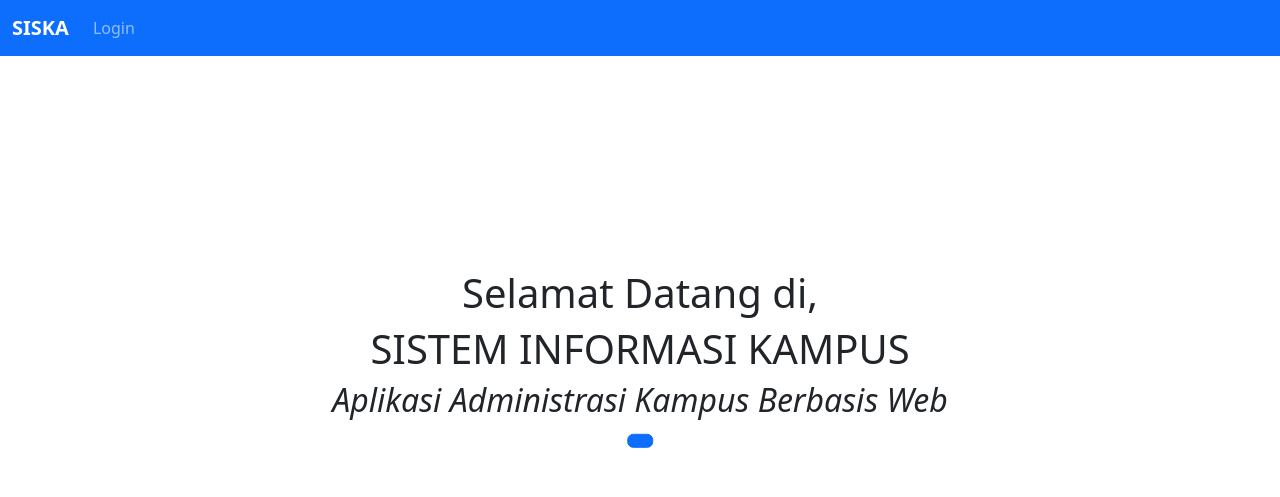
Repository: WiraAtma/administrasi-kampus
Page: http://localhost/
The author's editor kept a copy of each file at every save. The page is drawn from the files as they stood at one save, then again after the next save.
The browser window is 1280 px wide. The pictures show the whole page.
The page is served by the project's Laravel application, run on PHP 8.4 with Laravel 12.

Above is the page before, as saved 2024-10-25 15:29:35.

After the next save:
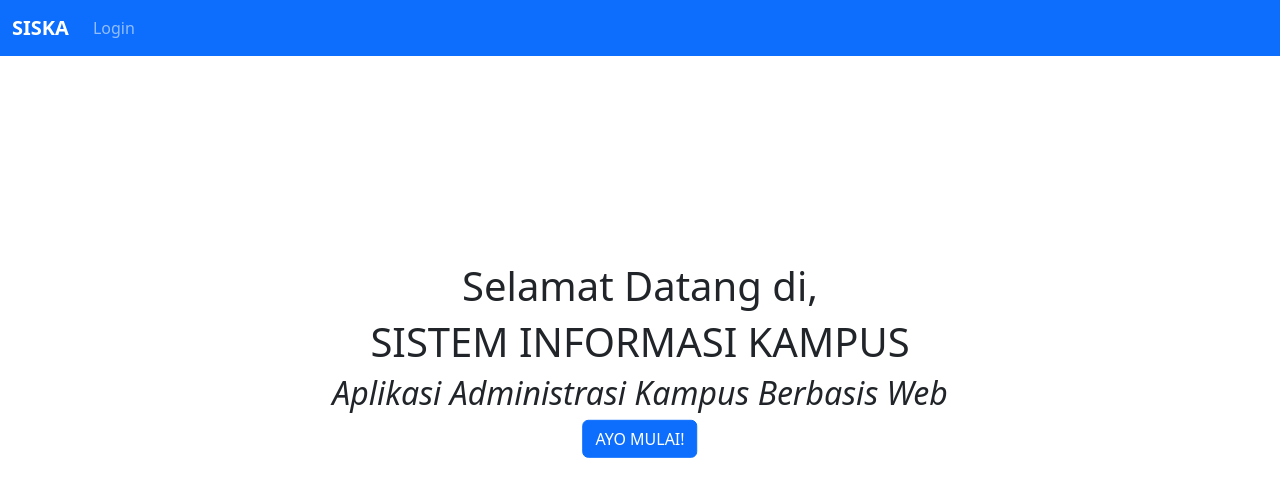
Saved 8 s later.
--- a/resources/views/home.blade.php
+++ b/resources/views/home.blade.php
@@ -8,7 +8,7 @@
         <h1>Selamat Datang di, </h1>
         <h1>SISTEM INFORMASI KAMPUS</h1>
         <h2><i>Aplikasi Administrasi Kampus Berbasis Web</i></h2>
-        <a class="btn btn-primary" href=""></a>
+        <a class="btn btn-primary" href="">AYO MULAI!</a>
     </div>
 
 </div>
